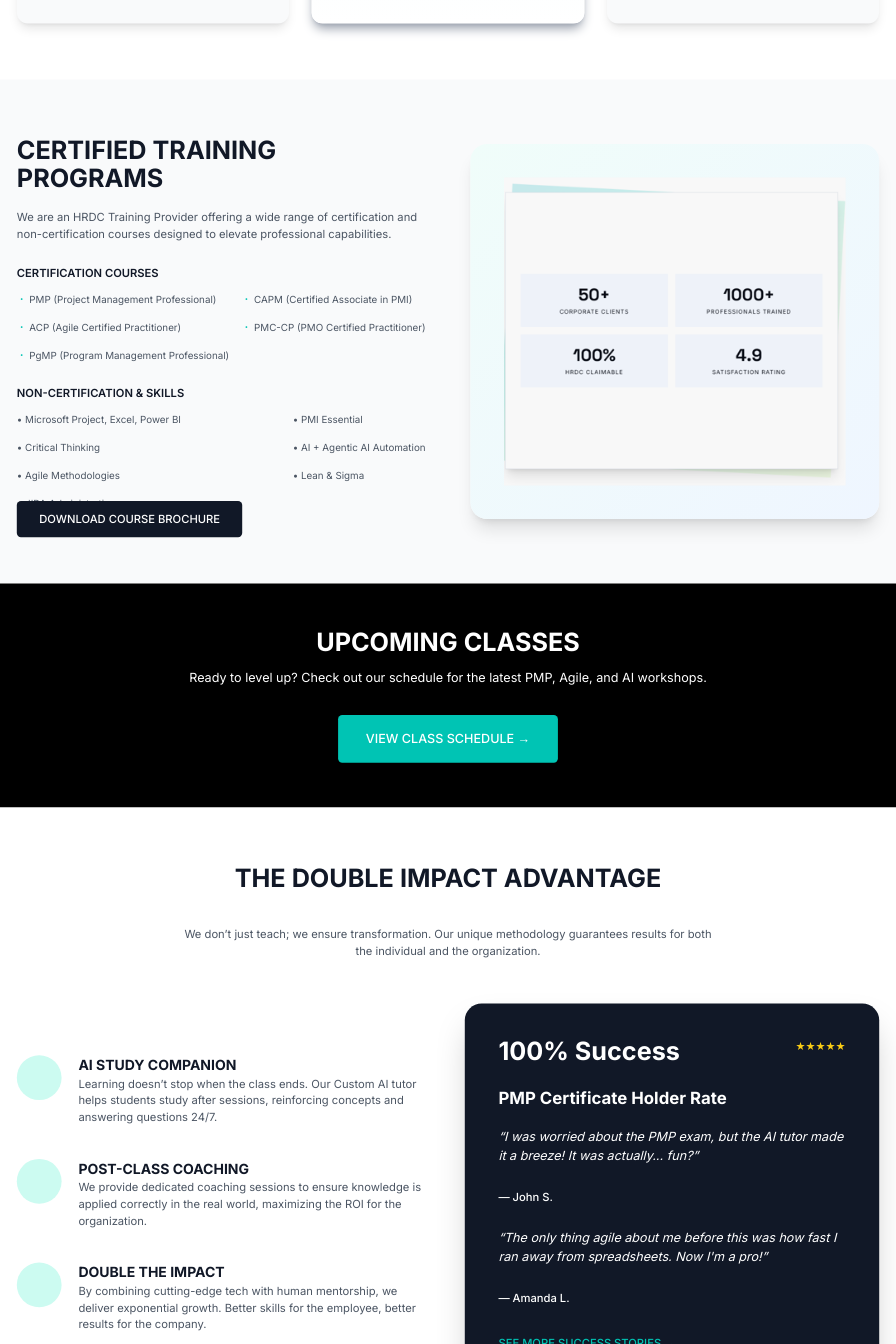
Repository: hsuntariq/web-pages
Page: impact/index.html
These files come from the project's save history. The page is drawn as it stood at one moment and after the next save; the edit follows.
The browser window is 1280 px wide. The pictures show the part of the page from y = 1252 to 3172 px (the page is 3929 px tall before and 3906 px after), at 70% of full size.
Some web libraries are served in a nearby version.

Above is the page before, as saved 2025-12-28 20:35:57.

### impact/index.html
<!DOCTYPE html>
<html lang="en" class="scroll-smooth">
  <head>
    <meta charset="UTF-8" />
    <meta name="viewport" content="width=device-width, initial-scale=1.0" />
    <title>
      Impact Through Execution – HRDC Certified Training Provider Malaysia
    </title>
    <meta
      name="description"
      content="HRDC certified training provider offering PMP, CAPM, Agile, AI in PM, and digital transformation courses in Malaysia. Consultancy, corporate training, and execution solutions."
    />
    <link
      rel="stylesheet"
      href="https://cdn.jsdelivr.net/npm/bootstrap-icons@1.13.1/font/bootstrap-icons.min.css"
    />
    <script src="https://cdn.tailwindcss.com"></script>
    <script>
      tailwind.config = {
        theme: {
          extend: {
            colors: {
              primary: "#00C4B4", // teal for buttons
              accent: "#122F87", // dark blue for accents
            },
          },
        },
      };
    </script>
    <link
      href="https://fonts.googleapis.com/css2?family=Inter:wght@400;500;600;700;800&display=swap"
      rel="stylesheet"
    />
    <style>
      body {
        font-family: "Inter", sans-serif;
      }
    </style>
  </head>
  <body class="bg-white text-gray-900">
    <!-- Navigation -->
    <header class="fixed top-0 left-0 right-0 bg-white shadow-md z-50">
      <nav
        class="max-w-7xl mx-auto px-6 py-4 flex items-center justify-between"
      >
        <div class="text-2xl font-bold text-accent">IMPACT</div>
        <div class="hidden md:flex space-x-8 text-sm font-medium">
          <a href="#services" class="hover:text-primary transition">SERVICES</a>
          <a href="#training" class="hover:text-primary transition">TRAINING</a>
          <a href="#about" class="hover:text-primary transition">ABOUT</a>
          <a href="#contact" class="hover:text-primary transition">CONTACT</a>
        </div>
        <a
          href="#"
          class="bg-primary text-white px-6 py-3 rounded-md font-medium hover:bg-primary/90 transition"
          >GET STARTED</a
        >
      </nav>
    </header>

    <!-- Hero Section -->
    <section class="pt-24 pb-16 bg-gray-50">
      <div
        class="max-w-7xl mx-auto px-6 grid lg:grid-cols-2 gap-12 items-center"
      >
        <div>
          <img
            src="https://precisionwellness.my/wp-content/uploads/2025/06/HRDC_Claimable_Registered_Training_Provider_Logos-scaled.webp"
            alt="HRDC Certified Training Provider"
            class="h-12 mb-6"
          />
          <h1
            class="text-5xl md:text-6xl font-bold text-gray-900 leading-tight"
          >
            IMPACT<br />
            <span
              class="bg-gradient-to-r text-transparent from-teal-500 bg-clip-text to-green-400"
            >
              THROUGH
            </span>
            <br />EXECUTION
          </h1>
          <p
            class="text-lg text-gray-600 border border-l-3 border-teal-400 border-2 border-t-0 border-b-0 border-e-0 ps-5 mt-6 mb-8"
          >
            We bring value that has strong impact to the organization &
            individual through Consultancy, Training, and Digital Execution.
          </p>
          <div class="flex flex-col sm:flex-row gap-4">
            <a
              href="#"
              class="bg-primary text-white px-8 py-4 rounded-md font-medium hover:bg-primary/90 transition"
              >OUR SERVICES</a
            >
            <a
              href="#"
              class="border border-gray-900 text-gray-900 px-8 py-4 rounded-md font-medium hover:bg-gray-900 hover:text-white transition"
              >CONTACT US</a
            >
          </div>
        </div>
        <div class="relative">
          <img
            src="./hero.PNG"
            alt="Agentic AI transforming project management"
            class="rounded-2xl shadow-2xl w-full"
          />
          <!-- <div
            class="absolute top-4 right-4 bg-black text-white px-4 py-2 rounded-md text-sm font-medium"
          >
            AGENTIC AI
          </div> -->
          <!-- <div
            class="absolute bottom-4 left-4 bg-black text-white px-6 py-3 rounded-md font-medium"
          >
            PMO EXPERT<br />Delivering project delivery excellence
          </div> -->
        </div>
      </div>
    </section>

    <!-- Core Capabilities -->
    <section class="py-20 bg-white">
      <div class="max-w-7xl mx-auto px-6">
        <div
          class="grid grid-cols-1 md:grid-cols-2 justify-between items-center"
        >
          <h2 class="text-4xl font-bold text-left mb-12">CORE CAPABILITIES</h2>
          <p class="text-left text-gray-600 mb-16 w-full md:w-1/2 mx-auto">
            Comprehensive solutions designed to transform your business
            operations and empower your workforce.
          </p>
        </div>
        <div class="grid grid-cols-1 md:grid-cols-3 gap-8">
          <!-- Consultancy PM & AI -->
          <div class="bg-gray-50 rounded-2xl p-8 shadow-lg">
            <div
              class="bg-teal-100 w-16 flex justify-center items-center h-16 rounded-full mb-6"
            >
              <i class="bi bi-perplexity"></i>
            </div>
            <h3 class="text-2xl font-bold mb-4">CONSULTANCY PM & AI</h3>
            <ul class="space-y-3 text-gray-600">
              <li>• Agentic AI Implementation</li>
              <li>• PMO Setup & Optimization</li>
              <li>• Business Process Reengineering</li>
              <li>• Project Execution Strategy</li>
            </ul>
            <a
              href="#"
              class="mt-8 inline-block text-primary font-medium hover:underline"
              >LEARN MORE →</a
            >
          </div>
          <!-- Training -->
          <div
            class="bg-gradient-to-b from-teal-50 to-white rounded-2xl shadow-2xl shadow-gray-400 border-e-0 border-s-0 border-b-0 border-[5px] p-8 shadow-lg border border-green-400"
          >
            <div
              class="bg-green-200 w-16 flex justify-center items-center h-16 rounded-full mb-6"
            >
              <i class="bi bi-people"></i>
            </div>
            <h3 class="text-2xl font-bold mb-4">TRAINING</h3>
            <p class="text-gray-600 mb-6">
              Empower your team with industry-recognized certifications and
              practical skills.
            </p>
            <div class="flex flex-wrap gap-2 mb-6">
              <span class="bg-gray-200 px-3 py-1 rounded text-sm">PMP</span>
              <span class="bg-gray-200 px-3 py-1 rounded text-sm">CAPM</span>
              <span class="bg-gray-200 px-3 py-1 rounded text-sm">Agile</span>
              <span class="bg-gray-200 px-3 py-1 rounded text-sm">PMC-CP</span>
              <span class="bg-gray-200 px-3 py-1 rounded text-sm"
                >Lean & Sigma</span
              >
              <span class="bg-gray-200 px-3 py-1 rounded text-sm"
                >Power BI</span
              >
            </div>
            <a
              href="#"
              class="mt-8 inline-block text-green-400 font-medium hover:underline"
              >VIEW COURSE CATALOG →</a
            >
          </div>
          <!-- Digital Execution -->
          <div class="bg-gray-50 rounded-2xl p-8 shadow-lg">
            <div
              class="bg-blue-100 w-16 flex justify-center items-center h-16 rounded-full mb-6"
            >
              <i class="bi bi-cpu"></i>
            </div>
            <h3 class="text-2xl font-bold mb-4">DIGITAL EXECUTION</h3>
            <ul class="space-y-3 text-gray-600">
              <li>• Digital Transformation</li>
              <li>• Automation Workflows</li>
              <li>• Data Analytics Solutions</li>
            </ul>
            <a
              href="#"
              class="mt-8 inline-block text-primary font-medium hover:underline"
              >LEARN MORE →</a
            >
          </div>
        </div>
      </div>
    </section>

    <!-- Certified Training Programs -->
    <section class="py-20 bg-gray-50">
      <div
        class="max-w-7xl mx-auto px-6 grid lg:grid-cols-2 gap-16 items-center"
      >
        <div>
          <h2 class="text-4xl font-bold mb-6">CERTIFIED TRAINING PROGRAMS</h2>
          <p class="text-gray-600 mb-8">
            We are an HRDC Training Provider offering a wide range of
            certification and non-certification courses designed to elevate
            professional capabilities.
          </p>
          <div class="space-y-8">
            <div>
              <h4 class="font-semibold mb-4">CERTIFICATION COURSES</h4>
              <ul class="space-y-3 text-gray-600">
                <div class="flex justify-between text-sm">
                  <div class="flex flex-col gap-5">
                    <li>
                      <i class="bi bi-dot text-primary"></i> PMP (Project
                      Management Professional)
                    </li>
                    <li>
                      <i class="bi bi-dot text-primary"></i> ACP (Agile
                      Certified Practitioner)
                    </li>
                    <li>
                      <i class="bi bi-dot text-primary"></i> PgMP (Program
                      Management Professional)
                    </li>
                  </div>
                  <div class="flex flex-col gap-5">
                    <li>
                      <i class="bi bi-dot text-primary"></i> CAPM (Certified
                      Associate in PMI)
                    </li>
                    <li>
                      <i class="bi bi-dot text-primary"></i> PMC-CP (PMO
                      Certified Practitioner)
                    </li>
                  </div>
                </div>
              </ul>
            </div>
            <div>
              <h4 class="font-semibold mb-4">NON-CERTIFICATION & SKILLS</h4>
              <ul class="space-y-3 text-gray-600">
                <div class="flex justify-between text-sm">
                  <div class="flex flex-col gap-5">
                    <li>• Microsoft Project, Excel, Power BI</li>
                    <li>• Critical Thinking</li>
                    <li>• Agile Methodologies</li>
                    <li>• JIRA Administration</li>
                  </div>
                  <div class="flex flex-col gap-5">
                    <li>• PMI Essential</li>
                    <li>• AI + Agentic AI Automation</li>
                    <li>• Lean & Sigma</li>
                  </div>
                </div>
              </ul>
            </div>
            <a
              href="#"
              class="bg-gray-900 text-white px-8 py-4 rounded-md font-medium hover:bg-gray-800 transition"
              >DOWNLOAD COURSE BROCHURE</a
            >
          </div>
        </div>
        <div
          class="bg-gradient-to-br from-teal-50 to-blue-50 rounded-3xl p-12 shadow-xl"
        >
          <img src="./programs.PNG" class="w-full" alt="" />
        </div>
      </div>
    </section>

    <!-- Upcoming Classes -->
    <section class="py-16 bg-black text-white text-center">
      <div class="max-w-7xl mx-auto px-6">
        <h2 class="text-4xl font-bold mb-4">UPCOMING CLASSES</h2>
        <p class="text-lg mb-10">
          Ready to level up? Check out our schedule for the latest PMP, Agile,
          and AI workshops.
        </p>
        <a
          href="#"
          class="bg-primary text-white px-10 py-5 rounded-md text-lg font-medium hover:bg-primary/90 transition inline-block"
          >VIEW CLASS SCHEDULE →</a
        >
      </div>
    </section>

    <!-- Double Impact Advantage -->
    <section class="py-20 bg-white">
      <div class="max-w-7xl mx-auto px-6">
        <h2 class="text-4xl font-bold text-center mb-12">
          THE DOUBLE IMPACT ADVANTAGE
        </h2>
        <p class="text-center text-gray-600 mb-16 max-w-3xl mx-auto">
          We don’t just teach; we ensure transformation. Our unique methodology
          guarantees results for both the individual and the organization.
        </p>
        <div class="grid lg:grid-cols-2 gap-12 items-center">
          <div class="space-y-12">
            <div class="flex gap-6">
              <div
                class="bg-teal-100 w-16 h-16 rounded-full flex-shrink-0"
              ></div>
              <div>
                <h4 class="font-bold text-xl">AI STUDY COMPANION</h4>
                <p class="text-gray-600">
                  Learning doesn’t stop when the class ends. Our Custom AI tutor
                  helps students study after sessions, reinforcing concepts and
                  answering questions 24/7.
                </p>
              </div>
            </div>
            <div class="flex gap-6">
              <div
                class="bg-teal-100 w-16 h-16 rounded-full flex-shrink-0"
              ></div>
              <div>
                <h4 class="font-bold text-xl">POST-CLASS COACHING</h4>
                <p class="text-gray-600">
                  We provide dedicated coaching sessions to ensure knowledge is
                  applied correctly in the real world, maximizing the ROI for
                  the organization.
                </p>
              </div>
            </div>
            <div class="flex gap-6">
              <div
                class="bg-teal-100 w-16 h-16 rounded-full flex-shrink-0"
              ></div>
              <div>
                <h4 class="font-bold text-xl">DOUBLE THE IMPACT</h4>
                <p class="text-gray-600">
                  By combining cutting-edge tech with human mentorship, we
                  deliver exponential growth. Better skills for the employee,
                  better results for the company.
                </p>
              </div>
            </div>
          </div>
          <div class="relative">
            <div class="bg-gray-900 rounded-3xl p-12 shadow-2xl text-white">
              <div class="flex justify-between items-start mb-8">
                <div class="text-4xl font-bold">100% Success</div>
                <div class="text-yellow-400">★★★★★</div>
              </div>
              <p class="text-2xl font-bold mb-6">PMP Certificate Holder Rate</p>
              <blockquote class="text-lg italic mb-8">
                “I was worried about the PMP exam, but the AI tutor made it a
                breeze! It was actually... fun?”
              </blockquote>
              <p class="font-medium">— John S.</p>
              <blockquote class="text-lg italic mt-8 mb-8">
                “The only thing agile about me before this was how fast I ran
                away from spreadsheets. Now I'm a pro!”
              </blockquote>
              <p class="font-medium">— Amanda L.</p>
              <a
                href="#"
                class="mt-10 inline-block text-primary font-medium hover:underline"
                >SEE MORE SUCCESS STORIES →</a
              >
            </div>
          </div>
        </div>
      </div>
    </section>

    <!-- CTA -->
    <section
      class="py-20"
      style="
        background-image: url('https://thumbs.dreamstime.com/b/creative-glowing-blue-forex-chart-wallpaper-grid-invest-finance-concept-stock-market-chart-business-graph-background-159151545.jpg');
        background-size: cover;
        background-position: center;
      "
    >
      <div class="max-w-7xl mx-auto px-6 text-center text-white">
        <h2 class="text-5xl font-bold mb-6">READY TO MAKE AN IMPACT?</h2>
        <p class="text-xl mb-12">
          Let’s discuss how our consultancy and training solutions can drive
          your organization forward.
        </p>
        <div class="flex flex-col sm:flex-row gap-6 justify-center">
          <a
            href="#"
            class="bg-primary text-white px-10 py-5 rounded-md text-lg font-medium hover:bg-primary/90 transition"
            >GET IN TOUCH</a
          >
          <a
            href="#"
            class="border-2 border-white text-white px-10 py-5 rounded-md text-lg font-medium hover:bg-white hover:text-black transition"
            >VIEW CASE STUDIES</a
          >
        </div>
      </div>
    </section>

    <!-- Footer -->
    <footer class="bg-black text-white py-12">
      <div class="max-w-7xl mx-auto px-6 grid md:grid-cols-4 gap-8">
        <div>
          <div class="text-3xl font-bold mb-4">IMPACT</div>
          <p class="text-sm text-gray-400">
            We bring value that has strong impact to the organization &
            individual through Consultancy, Training, and Digital Execution.
          </p>
        </div>
        <div>
          <h4 class="font-bold mb-4">SERVICES</h4>
          <ul class="space-y-2 text-sm text-gray-400">
            <li>Consultancy PM & AI</li>
            <li>Corporate Training</li>
            <li>Digital Execution</li>
            <li>Business Process Reengineering</li>
          </ul>
        </div>
        <div>
          <h4 class="font-bold mb-4">COMPANY</h4>
          <ul class="space-y-2 text-sm text-gray-400">
            <li>About Us</li>
            <li>Contact</li>
            <li>Careers</li>
            <li>Privacy Policy</li>
          </ul>
        </div>
        <div class="text-right">
          <p class="text-sm text-gray-400">
            © 2025 Impact. All rights reserved.
          </p>
          <p class="text-xs text-gray-500 mt-4">
            HRDC Training Provider Certified
          </p>
        </div>
      </div>
    </footer>
  </body>
</html>

After the next save:
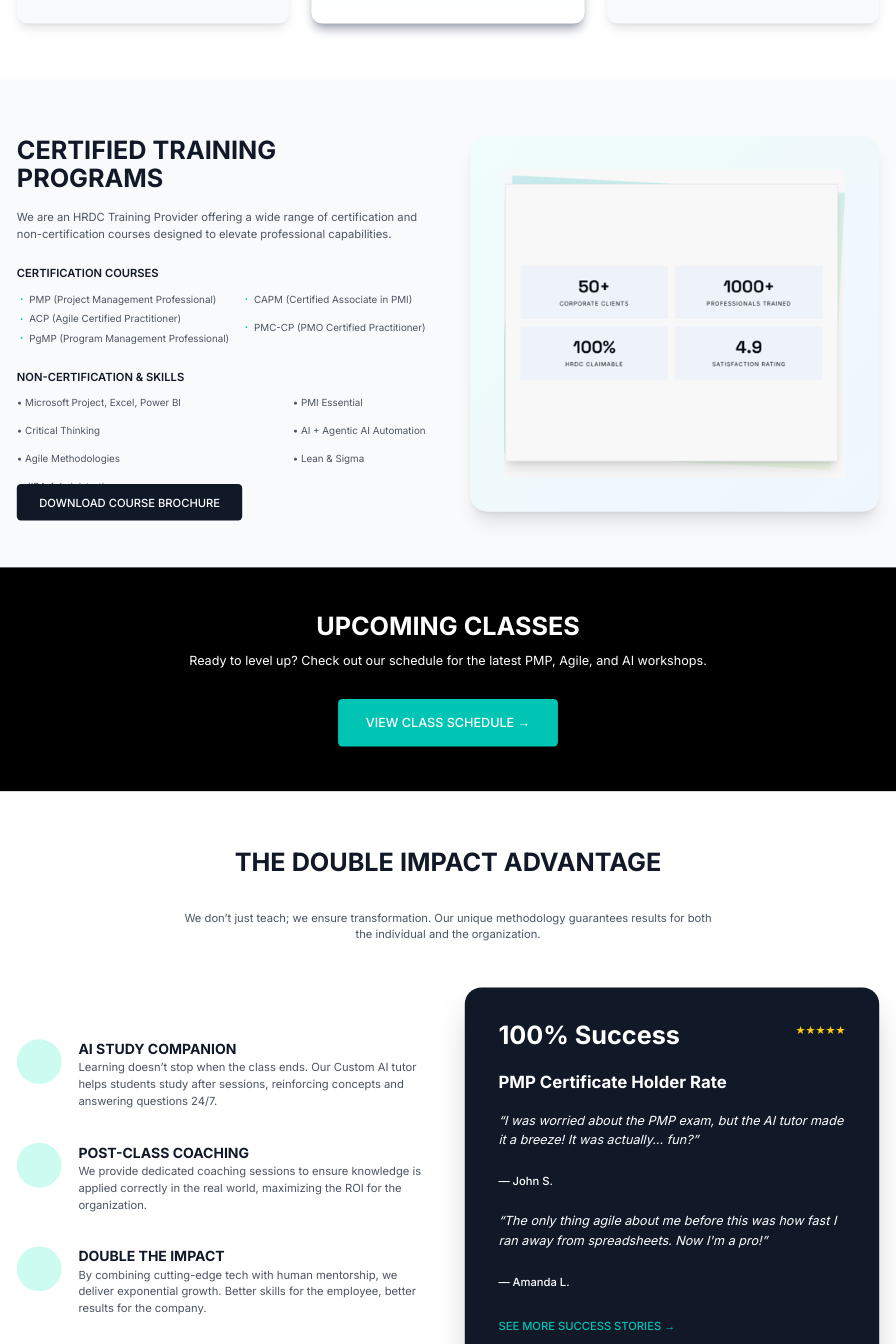
Saved 7 s later.
--- a/impact/index.html
+++ b/impact/index.html
@@ -224,7 +224,7 @@
               <h4 class="font-semibold mb-4">CERTIFICATION COURSES</h4>
               <ul class="space-y-3 text-gray-600">
                 <div class="flex justify-between text-sm">
-                  <div class="flex flex-col gap-5">
+                  <div class="flex flex-col gap-2">
                     <li>
                       <i class="bi bi-dot text-primary"></i> PMP (Project
                       Management Professional)
